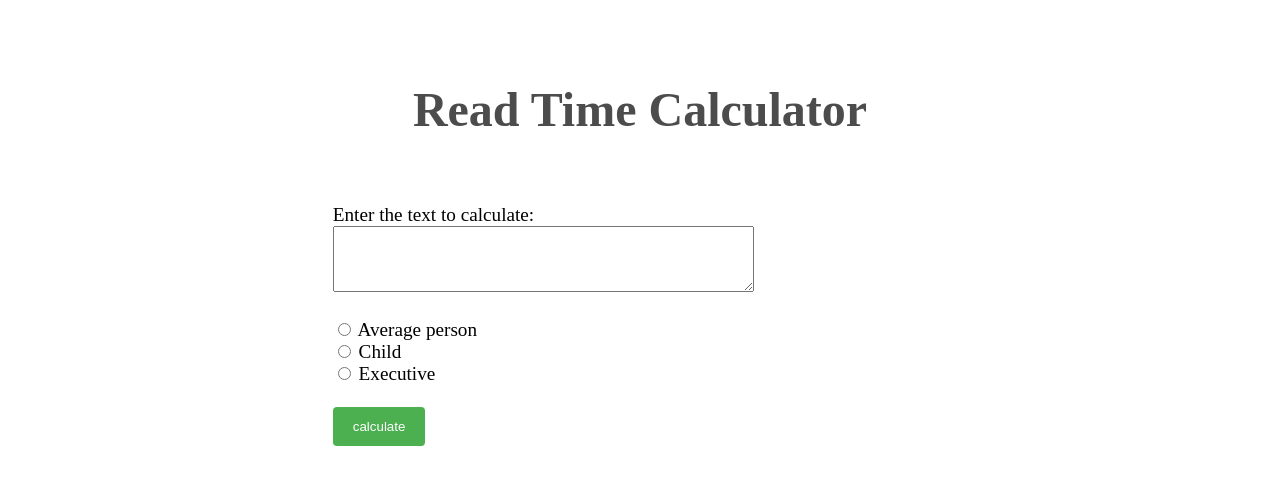
Repository: Full-Creative/Projects
Page: http://localhost/ReadTimeCalculator/
An editor plug-in stored every save of this project. The page is shown before and after the next save, followed by the edit.
The browser window is 1280 px wide. The pictures show the whole page.
The page is served by Tomcat 9.

Above is the page before, as saved 2020-11-19 10:33:56.

After the next save:
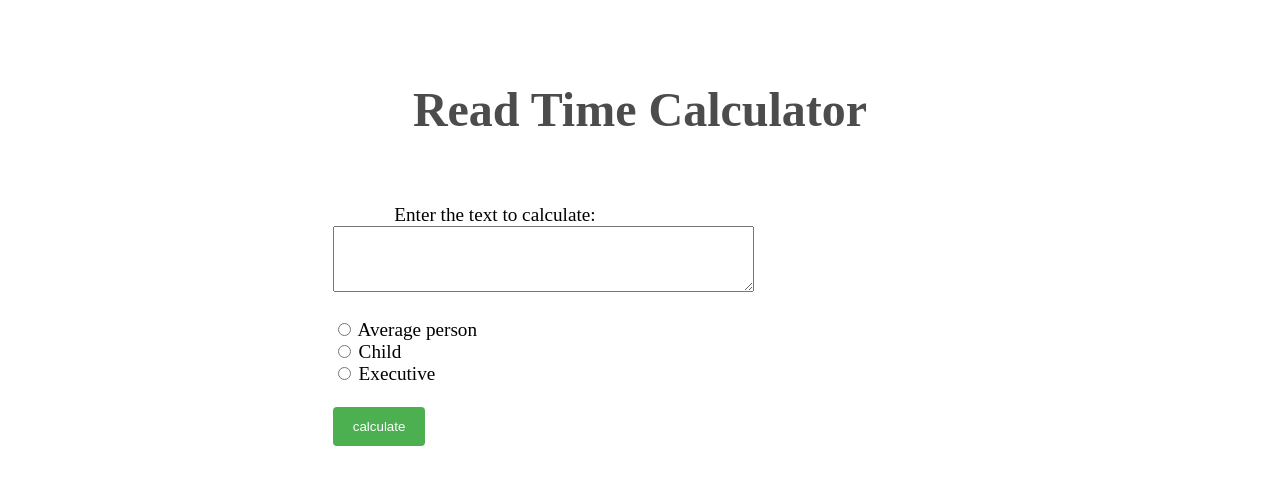
Saved 7 s later.
--- a/ReadTimeCalculator/src/main/webapp/mystyle.css
+++ b/ReadTimeCalculator/src/main/webapp/mystyle.css
@@ -39,7 +39,7 @@ nav a {
 }
 
 .userInput .inputLabel{
-	border-top :10%;
+	margin :10%;
 }
 
 .userInput #calculate {
